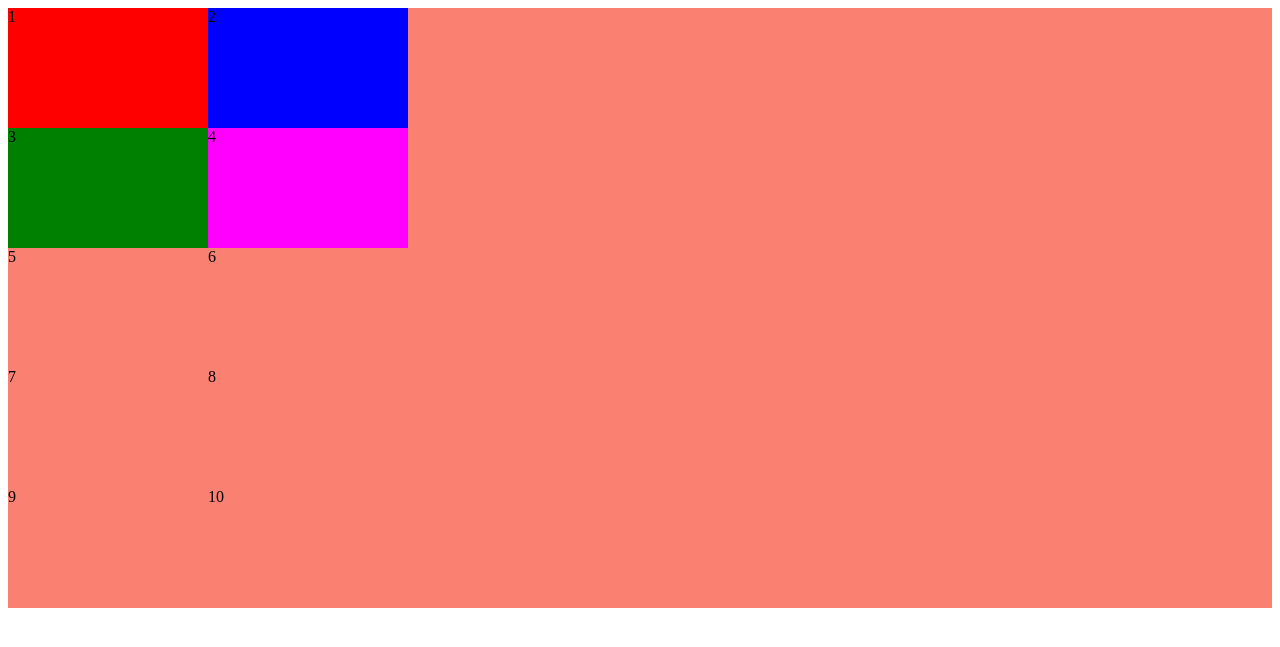
Repository: DinkarRavi/Dinkar_Coding
Page: 22aug24/grid.html
The author's editor kept a copy of each file at every save. The page is drawn from the files as they stood at one save, then again after a run of saves.
The browser window is 1280 px wide. The pictures show the whole page.

Above is the page before, as saved 2024-08-22 15:02:24.

### 22aug24/grid.html
<!DOCTYPE html>
<html lang="en">
<head>
    <meta charset="UTF-8">
    <meta name="viewport" content="width=device-width, initial-scale=1.0">
    <title>Document</title>
    <link rel="stylesheet" href="grid.css">
</head>
<body>

        <div id="parent">
        <div>1</div>
        <div>2</div>
        <div>3</div>
        <div>4</div>
        <div>5</div>
        <div>6</div>
        <div>7</div>
        <div>8</div>
        <div>9</div>
        <div>10</div>

    </div>
</body>
</html>

### 22aug24/grid.css


#parent{
border: 2px;
background-color: salmon;
height: 600px;
display: grid;
grid-template-columns: 200px 200px;
}
div{
div:nth-child(1) {
  background: red;
}
div:nth-of-type(2) {
    background: blue;
  }
  div:nth-child(3) {
    background: green;
  }
  div:nth-child(4) {
    background: magenta;
  }
}

After the next 6 saves:
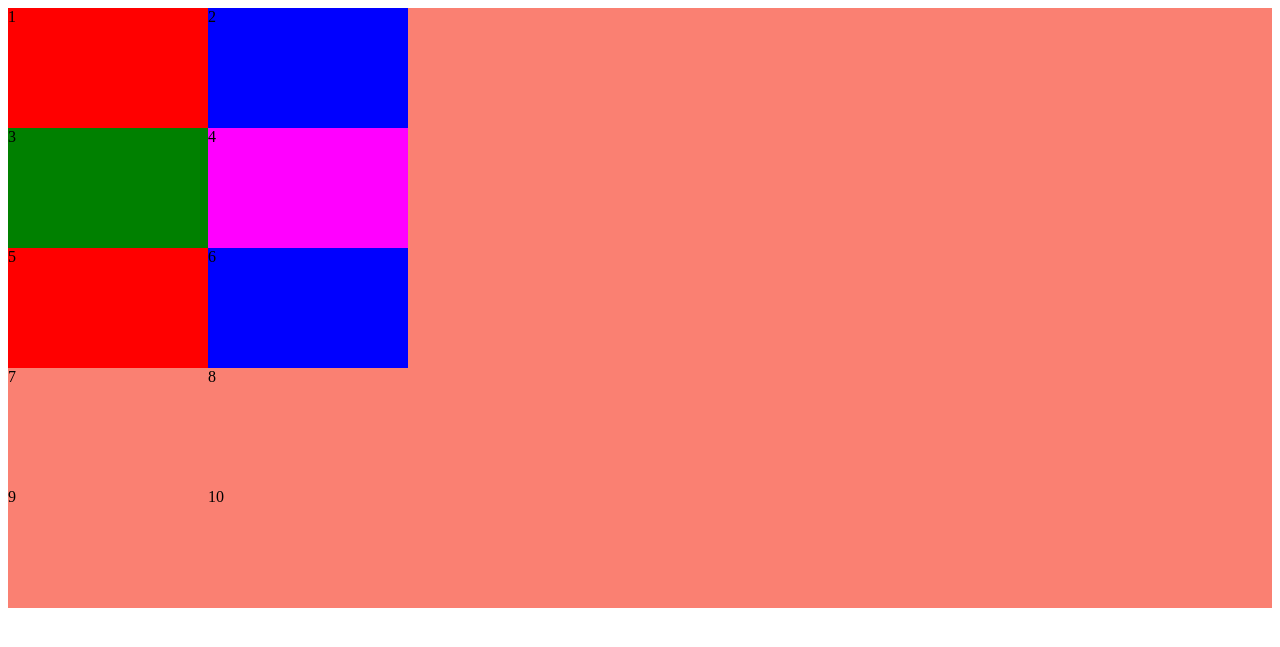
The 6 saves are shown as one change because they came seconds apart.
The last was saved 29 s later.
--- a/22aug24/grid.css
+++ b/22aug24/grid.css
@@ -20,4 +20,16 @@
   div:nth-child(4) {
     background: magenta;
   }
+  div:nth-child(5) {
+    background: red;
+  }
+  div:nth-of-type(6) {
+      background: blue;
+    }
+    div:nth-child(3) {
+      background: green;
+    }
+    div:nth-child(4) {
+      background: magenta;
+    }
 }
